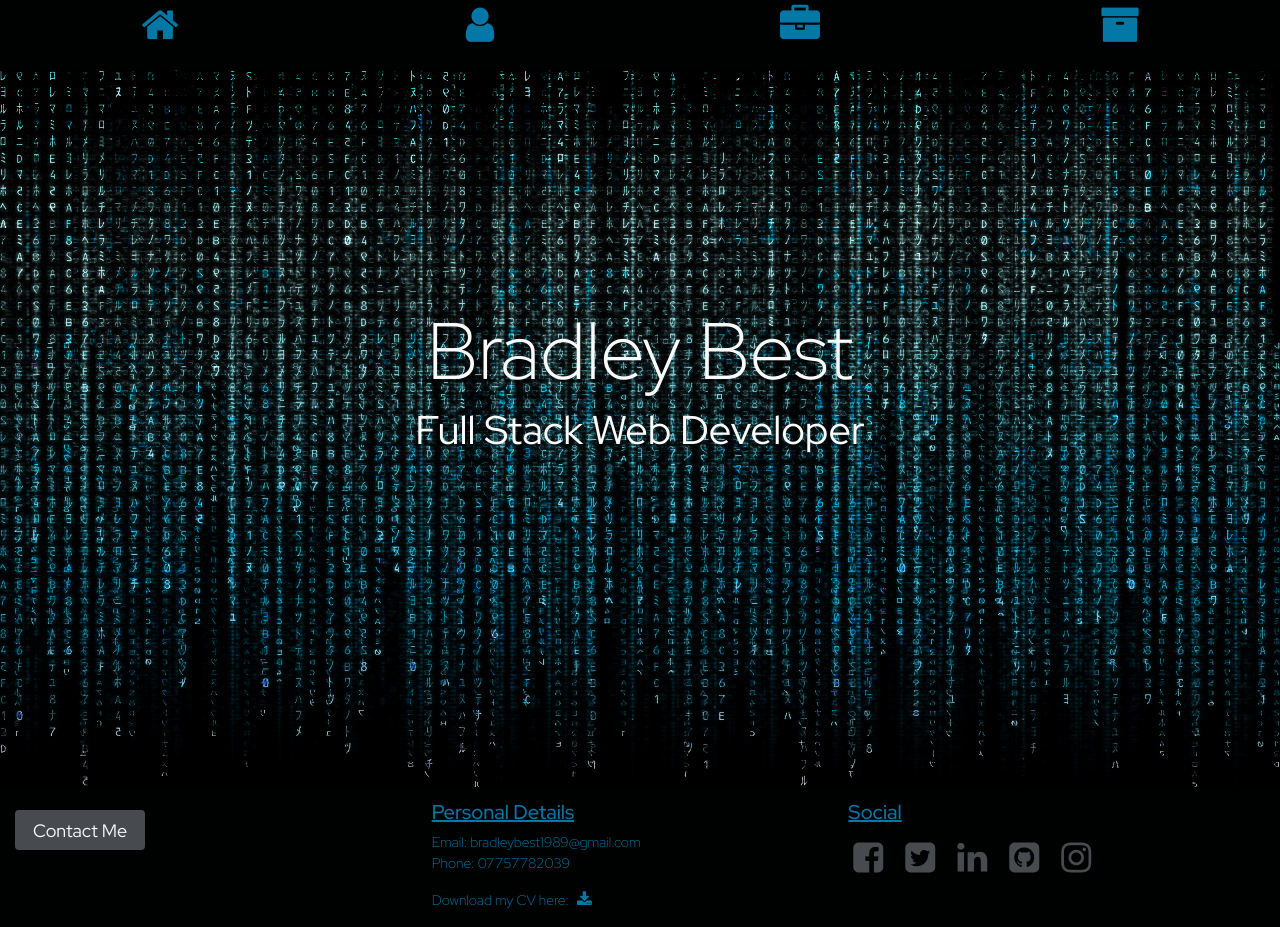
Repository: Brad000/Resume-project
Page: index.html
The author's editor kept a record of every edit. The page is drawn from the files as they stood at one moment, then again after the next edit.
The browser window is 1280 px wide. The pictures show the whole page.

Above is the page before.

### index.html
<!DOCTYPE html>
<html lang="en">

<head>
    <meta charset="UTF-8">
    <meta name="viewport" content="width=device-width, initial-scale=1.0">
    <meta http-equiv="X-UA-Compatible" content="ie=edge">
    <link rel="stylesheet" href="https://stackpath.bootstrapcdn.com/bootstrap/4.3.1/css/bootstrap.min.css" type="text/css" />
    <link rel="stylesheet" href="https://stackpath.bootstrapcdn.com/font-awesome/4.7.0/css/font-awesome.min.css" type="text/css" />
    <link rel="stylesheet" href="assets/css/style.css" type="text/css" />
    <link rel="stylesheet" href="https://cdnjs.cloudflare.com/ajax/libs/hover.css/2.3.1/css/hover-min.css" type="text/css" />
    <title>Bradley Best - Full Stack Web Developer</title>
</head>

<body>
    <!---------------------------NavBar------------------------------------>

    <header>
        <div class="row no-gutters">
            <div class="col-3 nav-item">
                <i class="fa fa-home"></i>
                <a href="index.html"><h5 id="nav-text">Home</h5></a>
            </div>
            <div class="col-3 nav-item">
                <i class="fa fa-user"></i>
                <a id="nav-link" href="about-me.html"><h5 id="nav-text">About Me</h5></a>
            </div>
            <div class="col-3 nav-item">
                <i class="fa fa-briefcase"></i>
                <h5 id="nav-text">Work History</h5>
            </div>
            <div class="col-3 nav-item">
                <i class="fa fa-archive"></i>
                <h5 id="nav-text">Portfolio</h5>
            </div>
        </div>
    </header>
    <!--------------------------Landing Page------------------------------->

    <section>
        <div class="row no-gutters">
            <div class="col-12 landing-image">
                <img src="assets/images/code.jpg" class="img-fluid background" alt="Responsive image">
                <div>
                    <h1 class="landing-name">Bradley Best</h1>
                    <h3 class="landing-text">Full Stack Web Developer</h3>
                </div>
            </div>
        </div>
    </section>
    <!---------------------------Footer------------------------------------>

    <footer class="container-fluid">
        <div class="row no-gutters" id="footer-details">
            <div class="col-sm-4">
                <button type="button" class="btn btn-secondary contact-button" data-toggle="modal" data-target="#exampleModal">Contact Me</button>
            </div>
            <div class="col-sm-4 footer-headings">
                <h5 class="sub-headings">Personal Details</h5>
                <div class="key">
                    <p class="personal-info-text">
                        Email: bradleybest1989@gmail.com
                    </p>
                </div>
                <div class="personal-info-text">
                    <p>
                        Phone: 07757782039
                    </p>
                </div>
                <div class="personal-info-text">
                    <p class="cv-text">Download my CV here:
                        <span><a href="assets/cv/CV.pdf" target="_blank" class="cv-pdf"></a>
                        <i class="fa fa-download cv-link" aria-hidden="true"></i>
                        </span>
                    </p>
                </div>
            </div>
            <div class="col-sm-4">
                <h5 class="footer-headings sub-headings">Social</h5>
                <ul class="list-inline">
                    <li class="list-inline-item social-links">
                        <a target="_blank" href="https://www.facebook.com/profile.php?id=100010751790168">
                            <i class="fa fa-facebook-square" aria-hidden="true"></i>
                            <span class="sr-only">Facebook</span>
                        </a>
                    </li>
                    <li class="list-inline-item social-links">
                        <a target="_blank" href="https://twitter.com/BradleyBest28">
                            <i class="fa fa-twitter-square" aria-hidden="true"></i>
                            <span class="sr-only">Twitter</span>
                        </a>
                    </li>
                    <li class="list-inline-item social-links">
                        <a target="_blank" href="https://www.linkedin.com/in/bradley-best-b56072188/">
                            <i class="fa fa-linkedin" aria-hidden="true"></i>
                            <span class="sr-only">Linkedin</span>
                        </a>
                    </li>
                    <li class="list-inline-item social-links">
                        <a target="_blank" href="https://github.com/Brad000/Resume-project">
                            <i class="fa fa-github-square" aria-hidden="true"></i>
                            <span class="sr-only">GitHub</span>
                        </a>
                    </li>
                    <li class="list-inline-item social-links">
                        <a target="_blank" href="https://www.instagram.com/brad_best0/?hl=en">
                            <i class="fa fa-instagram" aria-hidden="true"></i>
                            <span class="sr-only">Instagram</span>
                        </a>
                    </li>
                </ul>
            </div>
        </div>
    </footer>
</body>

</html>

### assets/css/style.css
@import url('https://fonts.googleapis.com/css?family=Red+Hat+Display:100,200,300,400,500,600,700');

/*-------------------Nav----------------------*/

.background {
  height: 100vh;
  width: 100%;
}

.nav-item {
  height: 70px;
  background-color: #000201;
  text-align: center;
  padding: 0;
}

.fa-home,
.fa-user,
.fa-archive,
.fa-briefcase {
  font-size: 25px;
  color: #0378A6;
  padding: 10px;
}

#nav-text {
  font-family: 'Red Hat Display', sans-serif;
  font-size: 12px;
  font-weight: 600;
  color: #0378A6;
  opacity: 1;
  cursor: pointer;
  text-decoration: none;
  transition: opacity 0.5s ease-in-out;
  -moz-transition: opacity 0.5s ease-in-out;
  -webkit-transition: opacity 0.5s ease-in-out;
  -o-transition: opacity 0.5s ease-in-out;
}

#nav-text:hover {
  opacity: 1;
}

#nav-link {
  text-decoration: none;
}

.landing-name {
  position: absolute;
  margin: 0;
  top: 40%;
  left: 50%;
  transform: translate(-50%, -50%);
  color: #fafafa;
  font-family: 'Red Hat Display', sans-serif;
  font-weight: 100;
  font-size: 26px;
}

.landing-text {
  position: absolute;
  top: 50%;
  left: 50%;
  transform: translate(-50%, -50%);
  color: #fafafa;
  font-family: 'Red Hat Display', sans-serif;
  font-weight: 400;
  font-size: 14px;
}


/*-------------------About Me-----------------*/

.about-me-container {
  background-color: #0378A6;
}

.about-me-text {
  padding-left: 15px;
  padding-right: 15px;
  font-family: 'Red Hat Display', sans-serif;
  color: #fafafa;
}

.main-headings {
  padding-top: 10px;
  padding-bottom: 25px;
  text-align: center;
  font-weight: 600;
  font-size: 40px;
}

.headings {
  padding-bottom: 10px;
  font-size: 25px;
  font-weight: 300;
}

.about-me-para {
  padding-bottom: 5px;
  font-size: 16px;
  line-height: 1.8em;
  font-weight: 100;
}

/*-------------------Skills-------------------*/

.skills-container {
  background-color: #fafafa
}

.skills-text {
  font-family: 'Red Hat Display', sans-serif;
  color: #0378a6;
  padding-left: 15px;
  padding-right: 15px;
}

.skills-heading {
  text-align: left;
  color: #0378a6;
  font-size: 25px;
  font-weight: 500;
  padding-top: 10px;
}

.fa-desktop,
.fa-cog,
.fa-book {
  padding-right: 10px;
  font-size: 28px;
}

.skills-para {
  padding-bottom: 30px;
  font-size: 16px;
  line-height: 1.8em;
  font-weight: 400;
}

@keyframes load{
  from {
    width: 0%
  }
}
@-webkit-keyframes load{
  from {
    width: 0%
  }
}
@-moz-keyframes load{
  from {
    width: 0%
  }
}
@-o-keyframes load{
  from {
    width: 0%
  }
}

.bar{
  background-color: #5f6366;
  padding: 0;
  border-radius: 5px;
  margin-bottom: 20px;
  font-size: 14px;
  color: #5f6366;
  font-weight: 300;
  font-family: 'Red Hat Display', sans-serif;
  text-shadow: 1px 1px 1px rgba(0,0,0,0.5);
  margin-left: 20px;
  margin-right: 20px;
}
.bar::before{
  content:  attr(data-skill);
  background-color: #04C4D9;
  display: inline-block;
  padding: 5px 0 5px 10px;
  border-radius: inherit;
  animation: load 2s 0s;
  -webkit-animation: load 2s 0s;
  -moz-animation: load 2s 0s;
  -o-animation: load 2s 0s;
}

.bar.front::before{
  background-color: #90ccf4;
}
.bar.back::before{
  background-color: #5da2d5;
}
.bar.learning::before{
  background-color: #f78888;
}

.bar.learning::before{
  width: calc(20% - 10px);
}
.bar.basic::before{
  width: calc(40% - 10px);
}
.bar.intermediate::before{
  width: calc(60% - 10px);
}
.bar.advanced::before{
  width: calc(70% - 10px);
}
.bar.expert::before{
  width: calc(90% - 10px);
}

/*---------------Work History------------------*/

.work-history-container {
  background-color: #fafafa
}

.work-headings {
  font-family: 'Red Hat Display', sans-serif;
  color: #0378a6;
  padding-left: 15px;
  padding-right: 15px;
}

.timeline-item {
    padding: 4em 2em 0em 2em;
    position: relative;
    color: #0378a6;
    border-left: 3px solid;
    margin-left: 30px;
    font-family: 'Red Hat Display', sans-serif;
}

.timeline-item p {
    padding: 0;
    margin: 0;
}

.timeline-item:before {
    content: attr(data-dates);
    position: absolute;
    left: 2.5em;
    top: 3em;
    display: block;
    font-family: 'Red Hat Display', sans-serif;
    font-weight: 500;
    font-size: 0.8em;
    padding: 0;
    margin: 0;
}

.timeline-item:after {
    width: 14px;
    height: 14px;
    display: block;
    top: 2.4em;
    position: absolute;
    left: -8px;
    border-radius: 12px;
    content: ' ';
    background: #0378a6;
}

.history-items {
    margin-bottom: 55px;
}

#work-link {
  color: #0378a6;
}

/*-------------------Why Web-------------------*/

.why-web-container {
  background-color: #0378A6;
}

.why-headings {
  padding-left: 15px;
  padding-right: 15px;
  padding-bottom: 65px;
  font-family: 'Red Hat Display', sans-serif;
  color: #fafafa;
}

.why-para {
  font-family: 'Red Hat Display', sans-serif;
  padding-left: 20px;
  padding-right: 20px;
  padding-bottom: 5px;
  font-size: 18px;
  line-height: 1.9em;
  font-weight: 100;
  color: #fafafa;
}

.quote {
  font-family: 'Red Hat Display', sans-serif;
  font-size: 18px;
  line-height: 1.8em;
  font-weight: 600;
  color: #fafafa;
  padding-bottom: 5px;
  padding-top: 70px;
  padding-left: 20px;
  padding-right: 20px;
}

/*-------------------Footer-------------------*/

footer {
  background-color: #000201;
  color: #0378A6;
  min-height: 120px;
  margin: 0;
  font-size: 18px;
  font-family: 'Red Hat Display', sans-serif;
  font-weight: 300;

}

.sub-headings {
  padding-top: 10px;
  text-decoration: underline;
}

.contact-button {
  width: 130px;
  border: 0;
  height: 40px;
  margin-left: 0;
  margin-top: 10px;
  margin-bottom: 10px;
  text-align: center;
  font-size: 18px;
  color: #fafafa;
  background: #474b4f;
  transition: background 0.5s ease-in-out;
  -moz-transition: background 0.5s ease-in-out;
  -webkit-transition: background 0.5s ease-in-out;
  -o-transition: background 0.5s ease-in-out;
}

.contact-button:hover {
  background-color: #04C4D9;
}

.personal-info-text {
  margin: 0;
  font-size: 14px;
  font-weight: 200;
}

.cv-link {
  margin-left: 5px;
  font-size: 16px;
  color: #0378A6;
  transition: color 0.5s ease-in-out;
  -moz-transition: color 0.5s ease-in-out;
  -webkit-transition: color 0.5s ease-in-out;
  -o-transition: color 0.5s ease-in-out;
}

.cv-link:hover {
  color: #025E73;
  cursor: pointer;
}

.social-links a {
  color: #474b4f;
  font-size: 35px;
  padding: 5px;
  transition: color 0.5s ease-in-out;
  -moz-transition: color 0.5s ease-in-out;
  -webkit-transition: color 0.5s ease-in-out;
  -o-transition: color 0.5s ease-in-out;
}

.social-links a:hover {
  color: #04C4D9;
}

/*----------------Media Queries---------------*/

@media(min-width: 575px) {
  .contact-button {
    margin-top: 20px;
  }
}

@media(min-width: 575px) {
  .fa-home,
  .fa-user,
  .fa-archive,
  .fa-briefcase {
    font-size: 40px;
    padding: 5px;
  }
}

@media(min-width: 575px) {
  #nav-text {
    opacity: 0;
    font-size: 14px;
  }
}

@media(min-width: 374px) {
  .landing-name {
    font-size: 33px;
  }
  .landing-text {
    font-size: 16px;
  }
}

@media(min-width: 767px) {
  .landing-name {
    font-size: 60px;
    padding-bottom: 15px;
  }
  .landing-text {
    font-size: 30px;
  }
}

@media(min-width: 1024px) {
  .landing-name {
    font-size: 80px;
  }
  .landing-text {
    font-size: 40px;
  }
}

After the next edit:
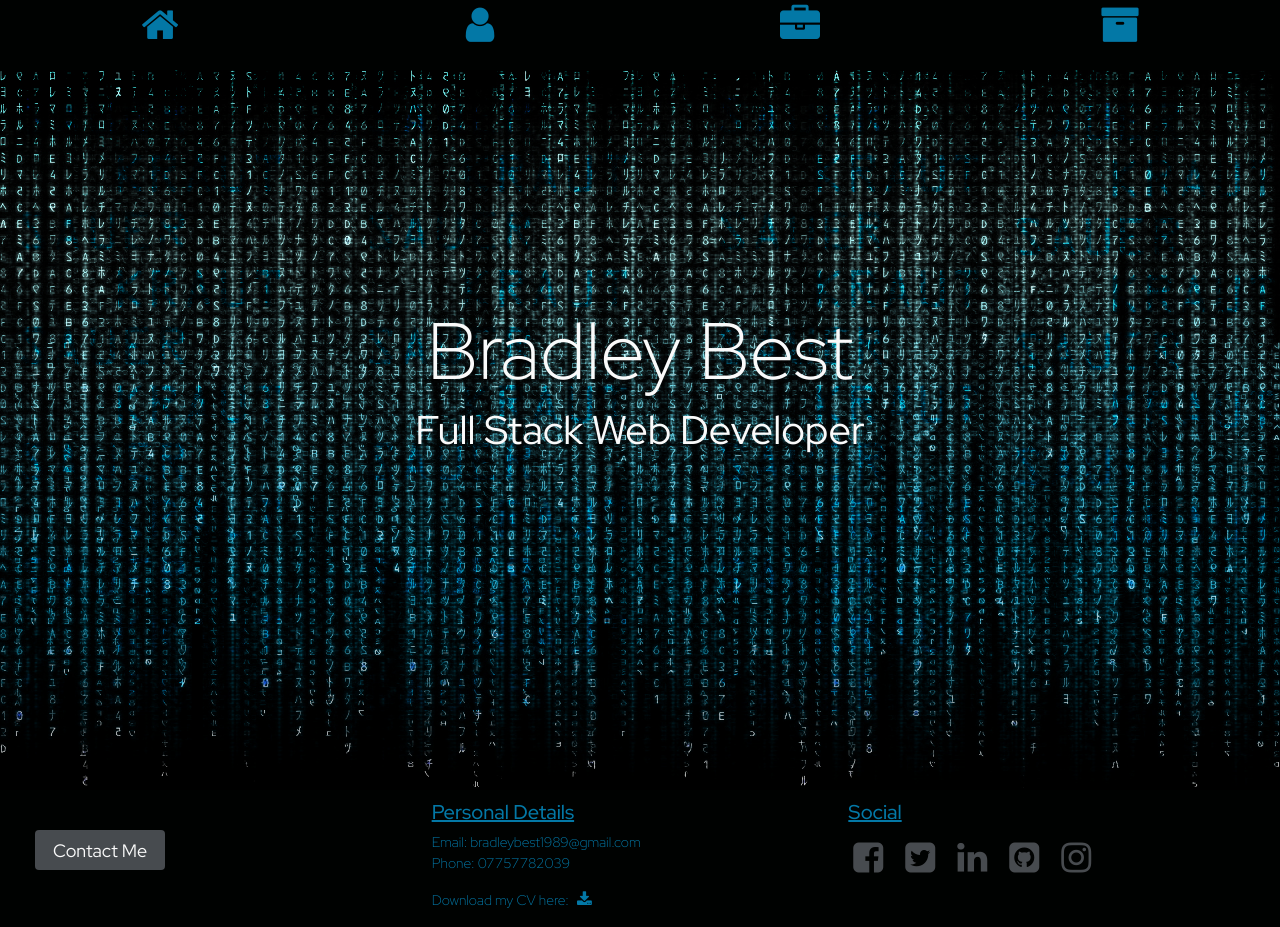
The edit:
--- a/assets/css/style.css
+++ b/assets/css/style.css
@@ -385,7 +385,8 @@
 
 @media(min-width: 575px) {
   .contact-button {
-    margin-top: 20px;
+    margin-top: 40px;
+    margin-left: 20px;
   }
 }
 
